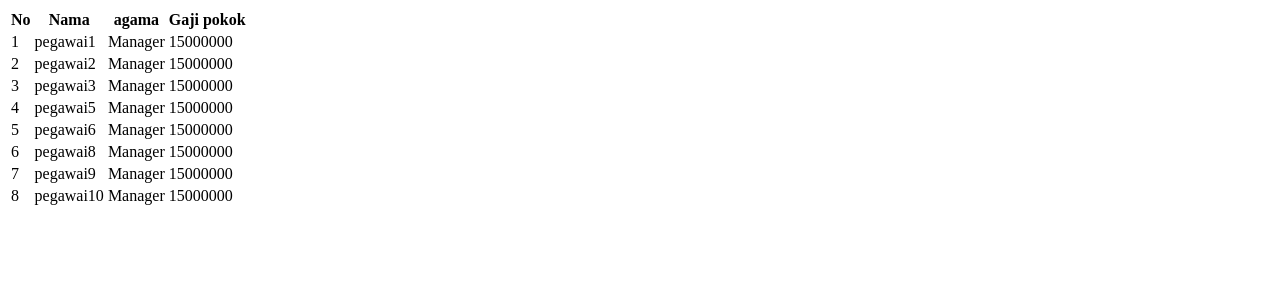
Repository: AHSANS354/Tugas-MSIB-5-GitHub
Page: tugasper3js.html
These files come from the project's save history. The page is drawn as it stood at one moment and after the next save; the edit follows.
The browser window is 1280 px wide. The pictures show the whole page.

Above is the page before, as saved 2023-09-09 17:19:52.

### tugasper3js.html
<table>
  <thead>
    <tr>
      <th>No</th>
      <th>Nama</th>
      <th>agama</th>
      <th>Gaji pokok</th>
    </tr>
  </thead>
  <tbody>
    <script>
      let p1 = { nama: "pegawai1" };
      let p2 = { nama: "pegawai2" };
      let p3 = { nama: "pegawai3" };
      let p4 = { nama: "pegawai5" };
      let p5 = { nama: "pegawai6" };
      let p6 = { nama: "pegawai8" };
      let p7 = { nama: "pegawai9" };
      let p8 = { nama: "pegawai10" };

      let pegawai = [p1, p2, p3, p4, p5, p6, p7, p8];
      let jabatan = [];

      console.log(jabatan);

      if (p1.nama == "pegawai1" && p2.nama == "pegawai2") jabatan = "Manager";
      else if (p3.nama == "pegawai3" && p4.nama == "pegawai5") jabatan = "Asisten Manager";
      else if (p5.nama == "pegawai6" && p6.nama == "pegawai8") jabatan = "Supervisor";
      else if (p7.nama == "pegawai9" && p8.nama == "pegawai10") jabatan = "Staff";
      else jabatan = "";

      let gapok = "";

      switch (jabatan) {
        case "Manager":
          gapok = 15000000;
          break;
        case "Asisten Manager":
          gapok = 10000000;
          break;
        case "Supervisor":
          gapok = 7000000;
          break;
        case "Staff":
          gapok = 4000000;
          break;
        default:
          gapok = 0;
          break;
      }

      let tunjangan_jabatan = 0.2 * gapok;
      let tunjangan_kes = 0.1 * gapok;
      let gaji_kotor = gapok + tunjangan_jabatan + tunjangan_kes;
      let agama = pegawai.length % 2 == 1 ? "Muslim" : "Non Muslim";

      let no = 1;
      for (s of pegawai) {
        document.write(`<tr>
                    <td>${no++}</td>
                    <td>${s.nama}</td>
                    <td>${jabatan}</td>
                    <td>${gapok}</td></tr>`);
      }
    </script>
  </tbody>
</table>

After the next save:
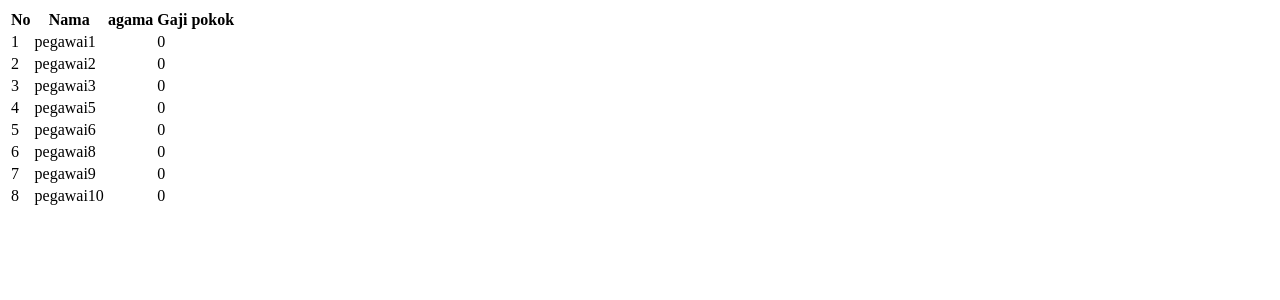
Saved 119 s later.
--- a/tugasper3js.html
+++ b/tugasper3js.html
@@ -19,14 +19,12 @@
       let p8 = { nama: "pegawai10" };
 
       let pegawai = [p1, p2, p3, p4, p5, p6, p7, p8];
-      let jabatan = [];
+      let jabatan = "";
 
-      console.log(jabatan);
-
-      if (p1.nama == "pegawai1" && p2.nama == "pegawai2") jabatan = "Manager";
-      else if (p3.nama == "pegawai3" && p4.nama == "pegawai5") jabatan = "Asisten Manager";
-      else if (p5.nama == "pegawai6" && p6.nama == "pegawai8") jabatan = "Supervisor";
-      else if (p7.nama == "pegawai9" && p8.nama == "pegawai10") jabatan = "Staff";
+      if (pegawai == p1 && pegawai == p2) jabatan = "Manager";
+      else if (pegawai == "pegawai3" && pegawai == "pegawai5") jabatan = "Asisten Manager";
+      else if (pegawai == "pegawai6" && pegawai == "pegawai8") jabatan = "Supervisor";
+      else if (pegawai == "pegawai9" && pegawai == "pegawai10") jabatan = "Staff";
       else jabatan = "";
 
       let gapok = "";
